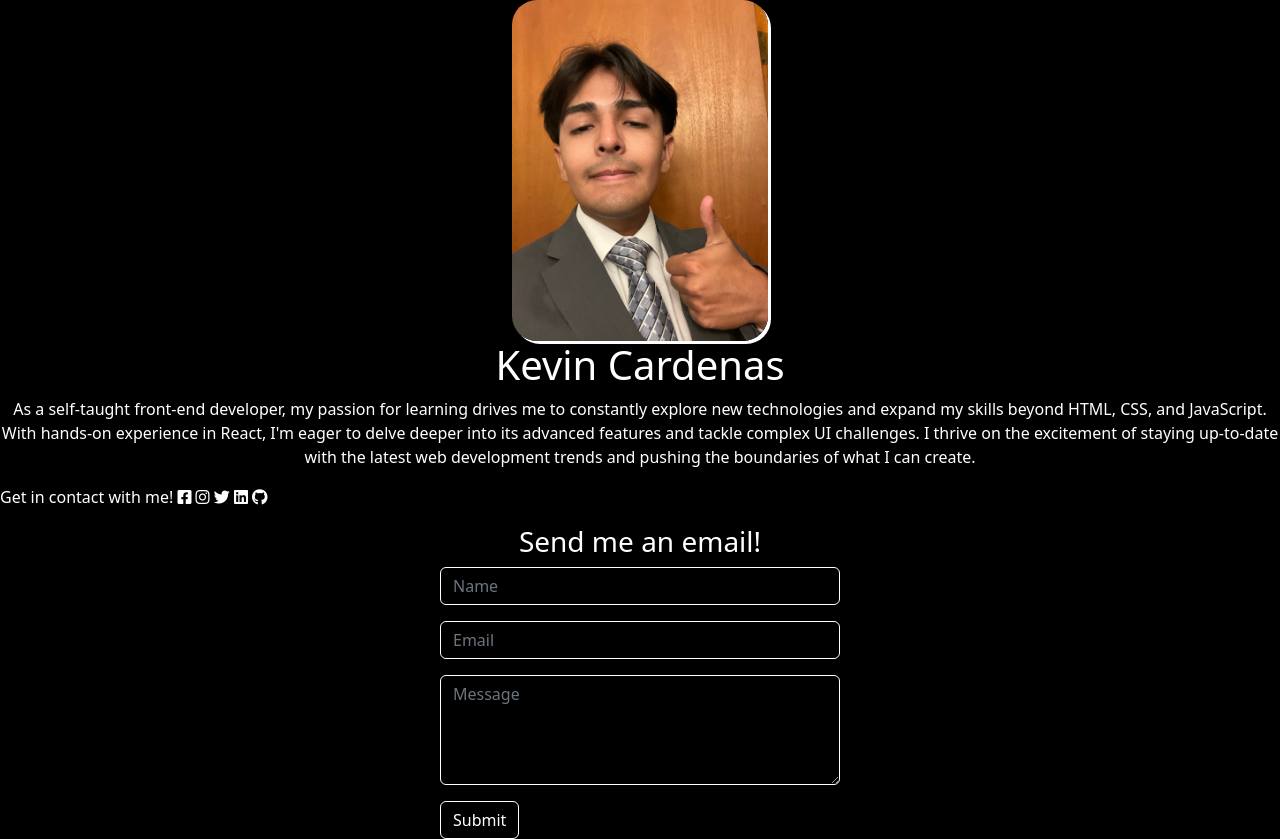
Repository: elqueben/elqueben.github.io
Page: public/index.html
An editor plug-in stored every save of this project. The page is shown before and after the next save, followed by the edit.
The browser window is 1280 px wide. The pictures show the whole page.

Above is the page before, as saved 2023-06-20 12:24:02.

After the next save:
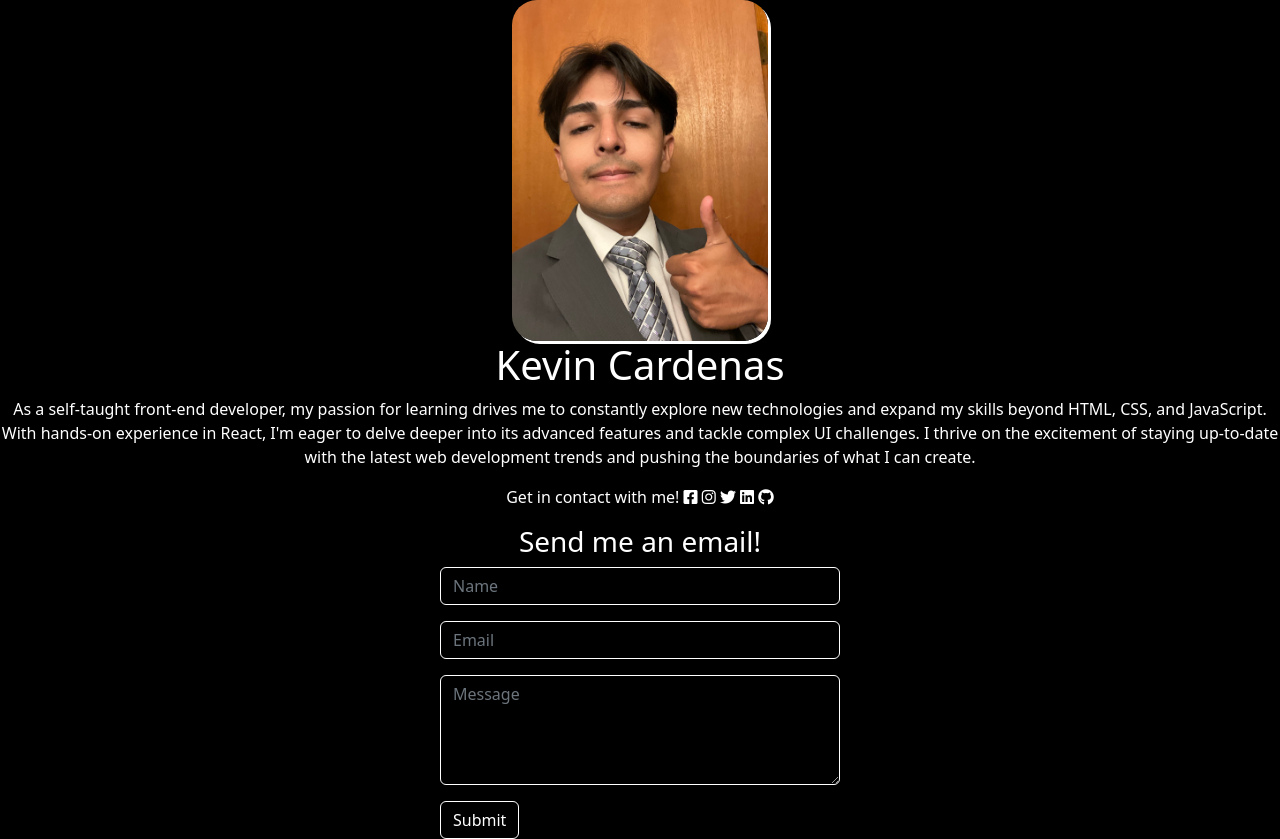
Saved 12 s later.
--- a/public/index.html
+++ b/public/index.html
@@ -16,7 +16,7 @@
   <h1 class="text-center">Kevin Cardenas</h1>
   <p class="text-center">As a self-taught front-end developer, my passion for learning drives me to constantly explore new technologies and expand my skills beyond HTML, CSS, and JavaScript. With hands-on experience in React, I'm eager to delve deeper into its advanced features and tackle complex UI challenges. I thrive on the excitement of staying up-to-date with the latest web development trends and pushing the boundaries of what I can create.</p>
   </div>
-  <div>
+  <div class="text-center">
     <p>Get in contact with me!
       <a href="https://www.facebook.com/eselqueben/" target="_blank"><i class="fa fa-brands fa-square-facebook"></i></a>
       <a href="https://www.instagram.com/elqueben/" target="_blank"><i class="fa fa-brands fa-instagram"></i></a>
